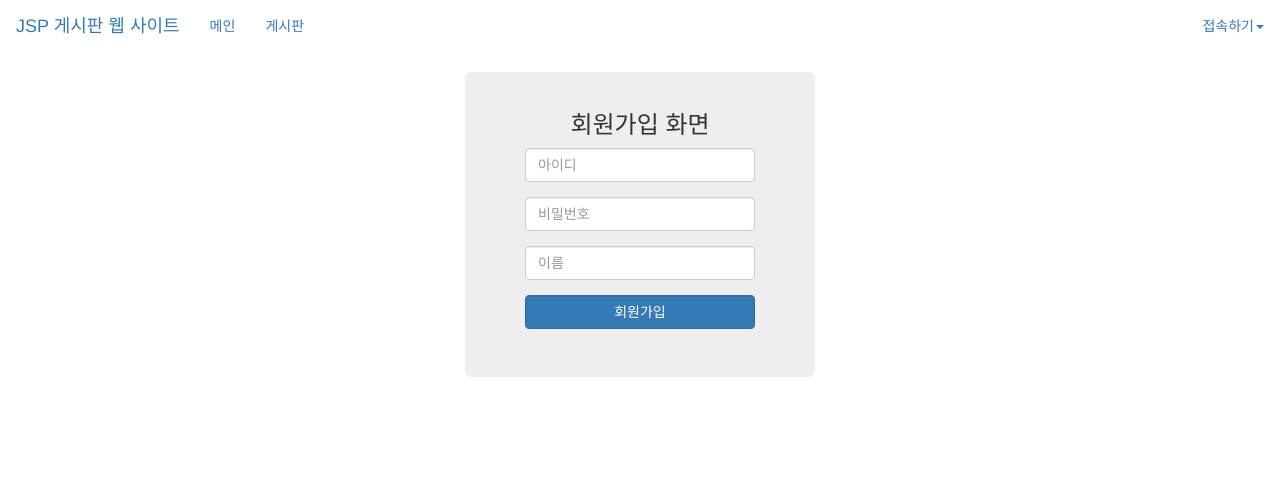
Repository: DDDEPE/mvc
Page: http://localhost/BBS/join.jsp
The author's editor kept a copy of each file at every save. The page is drawn from the files as they stood at one save, then again after the next save.
The browser window is 1280 px wide. The pictures show the whole page.
Some web libraries are served in a nearby version. The page is served by Tomcat 9. Other server files are loaded and not shown.

Above is the page before, as saved 2022-08-18 07:56:19.

### BBS/src/main/webapp/join.jsp
<%@ page language="java" contentType="text/html; charset=UTF-8"
    pageEncoding="UTF-8"%>
<!DOCTYPE html>
<html>
<head>
<meta http-equiv = "Content-Type" content="text/html; charset=UTF-8">
<meta name="viewport" content="width=device-width",initial-scale="1">
<link rel="stylesheet" href="css/bootstrap.css">
<title>JSP 게시판 웹 사이트</title>
</head>
<body>
	<nav class="navbar navbar default">
		<div class="navbar-header">
			<button type = "button" class = "navbar-toggle collapsed"
				data-toggle= "collapse" data-target="#bs-example-navbar-collapse-1"
				aria-expanded="false">
				<span class = "icon-bar"></span>
				<span class = "icon-bsar"></span>
				<span class = "icon-bar"></span>
			</button>
			<a class = "navbar-brand" href="main.jsp">JSP 게시판 웹 사이트</a>
		</div>
		<div class ="collapse navbar-collapse" id ="bs-example-navbar-collapse-1">
			<ul class = "nav navbar-nav">
				<li><a href="main.jsp">메인</a>
				<li><a href="bbs.jsp">게시판</a>
				</ul>
				<ul class = "nav navbar-nav navbar-right">
					<li class = "dropdown">
						<a href="#" class = "dropdown-toggle"
							data-toggle="dropdown" role="button" aria-haspopup="true"
							aria-expanded="false">접속하기<span class="caret"></span></a>
						<ul class = "dropdown-menu">
							<li class = "active"><a href="login.jsp">로그인</a></li>
							<li><a href="join.jsp">회원가입</a></li>
					</ul>
				</li>
			</ul>
		</div>
	</nav>
	<div class = "container">
		<div class ="col-lg-4"></div>
		<div class="col-lg-4">
			<div class="jumbotron" style = "padding-top:20px;">
				<form method = "post" action = "loginAction.jsp">
					<h3 style="text-align: center;">회원가입 화면</h3>
					<div class="form-group">
						<input type = "text" class = "form-control" placeholder="아이디" name="userID" maxlength="20">
					</div>
					<div class ="form-group">
						<input type = "password" class="form-control" placeholder="비밀번호" name="userPassword" maxlength="20">
					</div>
					<div class ="form-group">
						<input type = "text" class="form-control" placeholder="이름" name="userName" maxlength="20">
					</div>
					<input type="submit" class="btn btn-primary form-control" value="회원가입">
				</form>
		</div>
	</div>
	<div class = "col-lg-4"></div>
	</div>
	<script src="https://code.jquery.com/jquery-3.1.1.min.js"></script>
	<script src="js/bootstrap.js"></script>
</body>
</html>

Loaded but not shown: BBS/src/main/webapp/css/bootstrap.css (library); BBS/src/main/webapp/js/bootstrap.js (library)

After the next save:
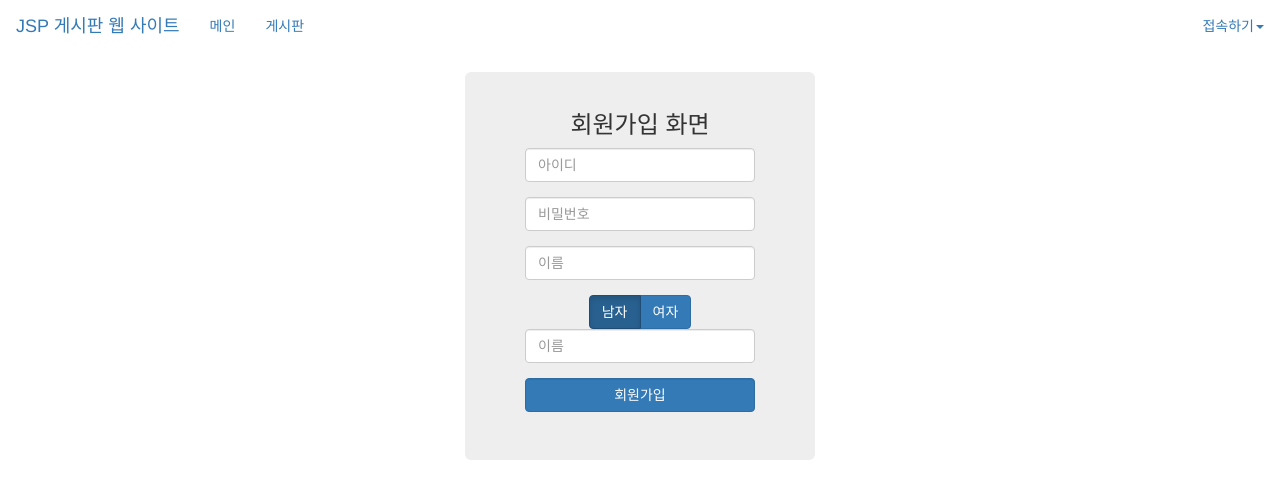
Saved 3 min 57 s later.
--- a/BBS/src/main/webapp/join.jsp
+++ b/BBS/src/main/webapp/join.jsp
@@ -53,6 +53,17 @@
 					<div class ="form-group">
 						<input type = "text" class="form-control" placeholder="이름" name="userName" maxlength="20">
 					</div>
+					<div class ="form-group" style="text-align: center;">
+						<div class="btn-group" data-toggle="buttons">
+							<label class = "btn btn-primary active">
+								<input type = "radio" name="userGender" autocomplete = "off" value="남자" checked>남자
+							</label>
+							<label class = "btn btn-primary">
+								<input type = "radio" name="userGender" autocomplete = "off" value="여자" checked>여자
+							</label>
+						</div>
+						<input type = "text" class="form-control" placeholder="이름" name="userName" maxlength="20">
+					</div>
 					<input type="submit" class="btn btn-primary form-control" value="회원가입">
 				</form>
 		</div>
